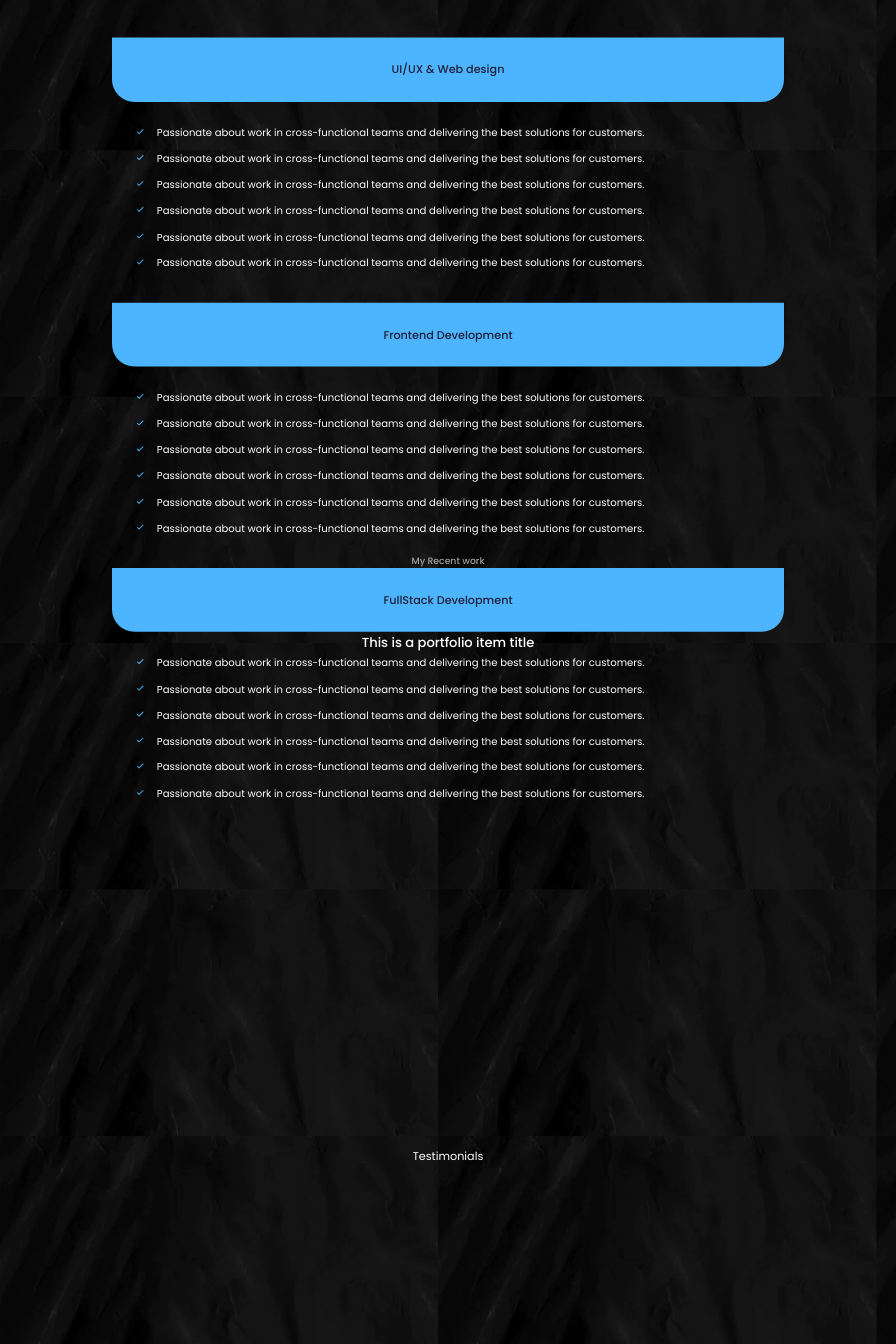
Repository: mayuri2018/Mr_react_portfolio
Page: /
The author's editor kept a copy of each file at every save. The page is drawn from the files as they stood at one save, then again after the next save.
The browser window is 1280 px wide. The pictures show the part of the page from y = 2601 to 4521 px (the page is 5835 px tall), at 70% of full size.
The project was rebuilt for these pictures with package versions that can differ from the ones it lists, and the page was loaded fresh each time. Also part of the build but not shown: src/components/portfolio/portfolio.css, src/components/testimonials/testimonials.css, src/components/contact/contact.css, src/components/footer/footer.css.

Above is the page before, as saved 2023-01-26 12:06:28.

After the next save:
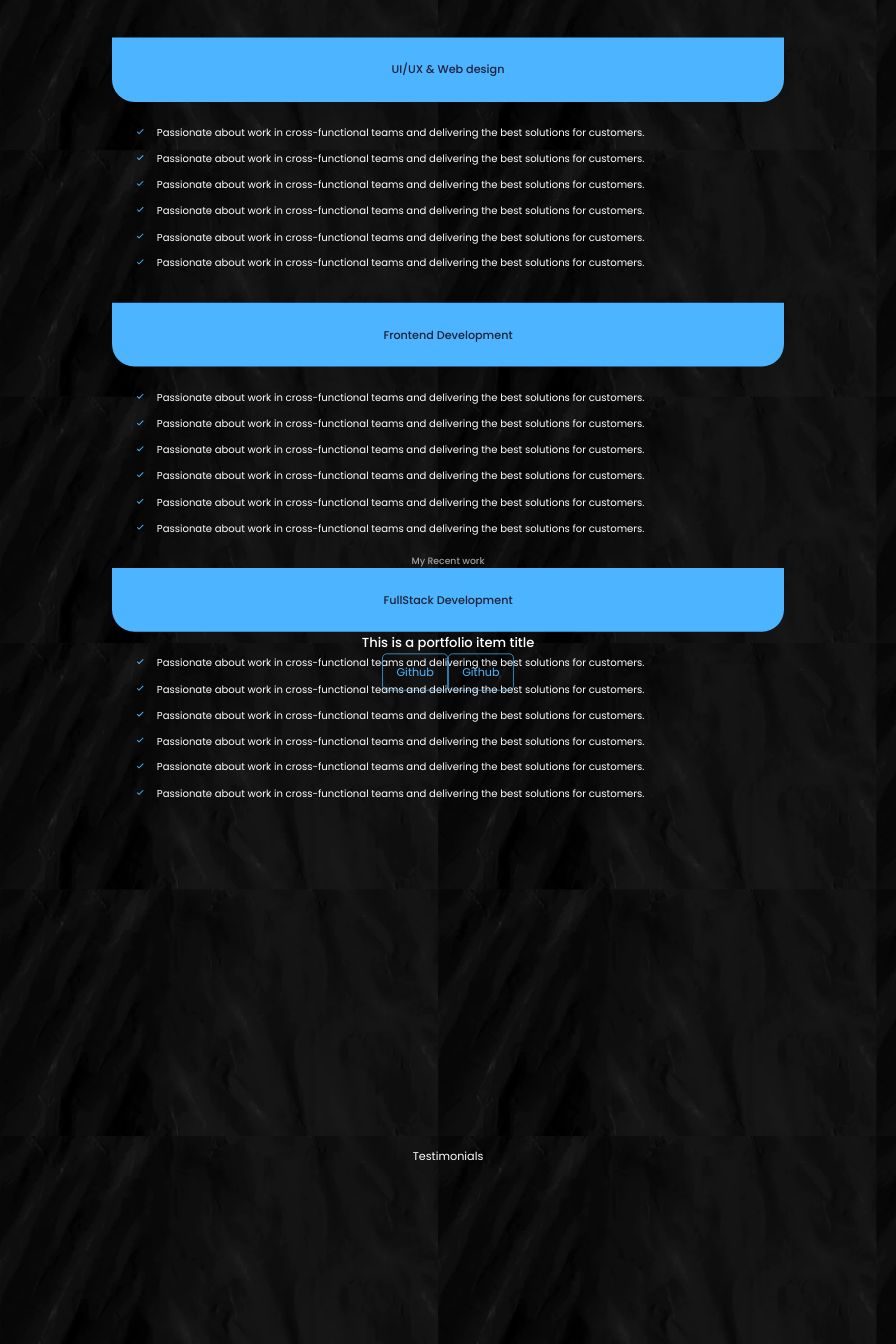
Saved 87 s later.
--- a/src/components/portfolio/Portfolio.jsx
+++ b/src/components/portfolio/Portfolio.jsx
@@ -10,6 +10,8 @@ export default function Portfolio(){
                 <article className="portfolio_item">
                     <div className="portfolio_item-image"></div>
                     <h3>This is a portfolio item title</h3>
+                    <a href="https://github.com" className="btn">Github</a>
+                    <a href="https://github.com" className="btn">Github</a>
                 </article>
             </div>
         </section>
